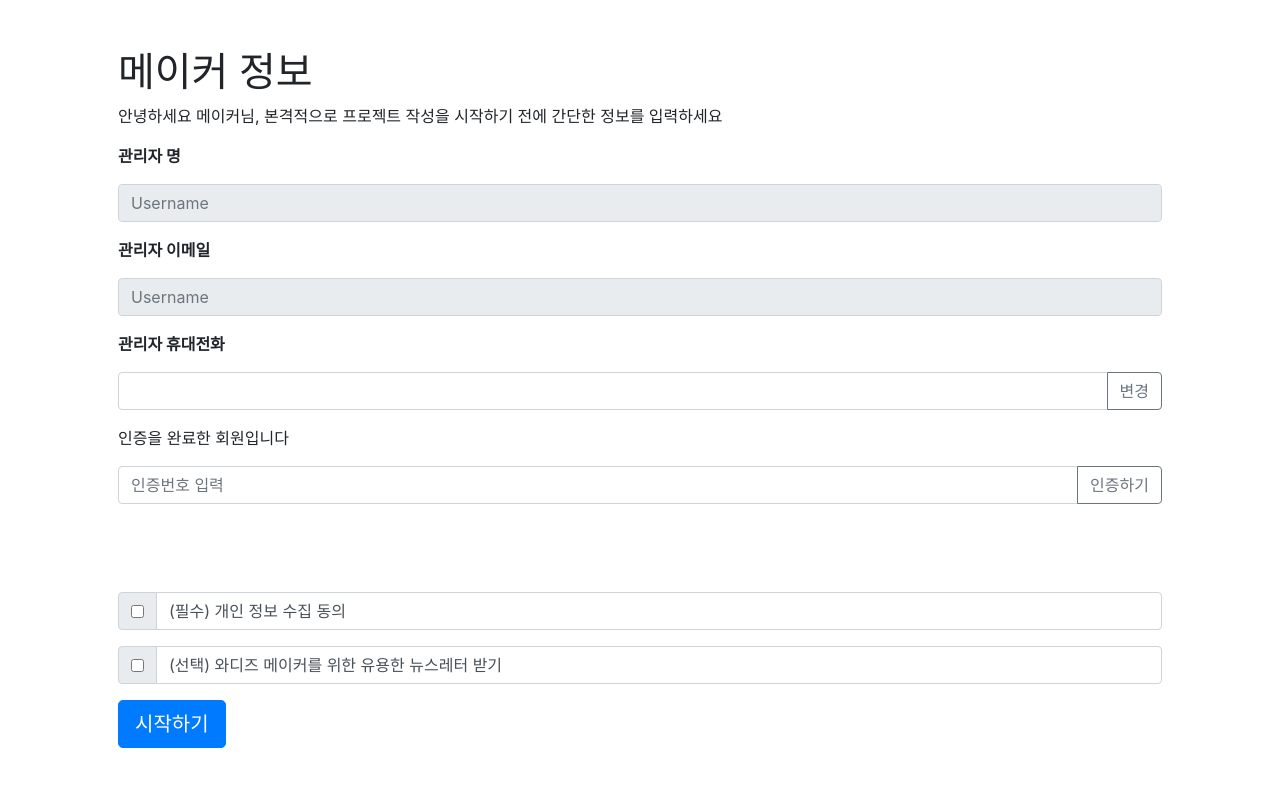
Repository: KIMJOOYEON97/springStudy
Page: http://localhost/interact_funding/WEB-INF/views/maker/fundingStart1.jsp
These files come from the project's save history. The page is drawn as it stood at one moment and after the next save; the edit follows.
The browser window is 1280 px wide. The pictures show the whole page.
The page is served by Tomcat 9. Nobody is signed in. Other server files are loaded and not shown. The template is opened directly, without the code that normally fills it, so the values that code supplies are empty.

Above is the page before, as saved 2021-06-07 06:33:46.

### interact_funding/src/main/webapp/WEB-INF/views/maker/fundingStart1.jsp
<%@ page language="java" contentType="text/html; charset=UTF-8"
    pageEncoding="UTF-8"%>
<%@ taglib prefix="c" uri="http://java.sun.com/jsp/jstl/core"%>
<%@ taglib prefix="fmt" uri="http://java.sun.com/jsp/jstl/fmt"%>
<%@ taglib prefix="fn" uri="http://java.sun.com/jsp/jstl/functions"%>
<!DOCTYPE html>
<html lang="en">
<head>
    <meta charset="UTF-8">
    <meta http-equiv="X-UA-Compatible" content="IE=edge">
    <meta name="viewport" content="width=device-width, initial-scale=1.0">
    <title>Start1 | IF Maker Studio</title>
    <link rel="stylesheet" href="https://maxcdn.bootstrapcdn.com/bootstrap/4.0.0/css/bootstrap.min.css" integrity="sha384-Gn5384xqQ1aoWXA+058RXPxPg6fy4IWvTNh0E263XmFcJlSAwiGgFAW/dAiS6JXm" crossorigin="anonymous">
</head>
<body>
    <section>
    <form action="">
        <div class ="container p-5">
            <h1>메이커 정보</h1>
            <p>안녕하세요 메이커님, 본격적으로 프로젝트 작성을 시작하기 전에 간단한 정보를 입력하세요</p>

            <p class="font-weight-bold">관리자 명</p>
            <div class="input-group mb-3">
                  <!-- 회원정보를 받아와서 value에 회원의 이름을 넣을 것 -->
                <input type="text" name="userInfo" id ="makerName" class="form-control" placeholder="Username" aria-label="Username" aria-describedby="basic-addon1" readonly>
            </div>

            <p class="font-weight-bold">관리자 이메일</p>
            <div class="input-group mb-3">
                <!-- 회원정보를 받아와서 value에 회원의 이메일을 넣을 것 -->
              <input type="text" name="userInfo" id="makerEmail" class="form-control" placeholder="Username" aria-label="Username" aria-describedby="basic-addon1" readonly>
            </div>

            <p class="font-weight-bold">관리자 휴대전화</p>
            <!-- 인증을 완료했을 경우 -->
            <div class="input-group mb-3">
                <!-- 회원정보를 받아와서 value에 휴대전화 번호를 넣을 것 -->
                <input type="text" name="userInfo" id="makerPhoneNum" class="form-control" aria-label="Recipient's username" aria-describedby="button-addon2">
                <div class="input-group-append">
                    <!-- 변경을 클릭하면 인증하기로 바뀔 것 | 인증하기를 클릭하면 재전송으로 바뀔것 -->
                    <button class="btn btn-outline-secondary" type="button" id="button-addon2">변경</button>
                </div>
            </div>
            <p class="font-weight-normal">인증을 완료한 회원입니다</p>


            <!-- 인증하기를 클릭해서 인증할 경우 -->
            <div class="input-group mb-3">
                <input type="text" class="form-control" placeholder="인증번호 입력" aria-label="Recipient's username" aria-describedby="basic-addon2">
                <div class="input-group-append">
                  <button class="btn btn-outline-secondary" type="button">인증하기</button>
                </div>
            </div>


            <br><br><br>
            <div class="input-group mb-3">
                <div class="input-group-prepend">
                    <div class="input-group-text">
                        <input type="checkbox" value aria-label="Checkbox for following text input">
                    </div>
                </div>
                <label type="text" class="form-control" aria-label="Text input with checkbox">(필수) 개인 정보 수집 동의
            </div>
            <div class="input-group mb-3">
                <div class="input-group-prepend ">
                    <div class="input-group-text ">
                        <input type="checkbox"  aria-label="Checkbox for following text input">
                    </div>
                </div>
                <label type="text" class="form-control" aria-label="Text input with checkbox" >(선택) 와디즈 메이커를 위한 유용한 뉴스레터 받기
            </div>
            <button type="button" class="btn btn-primary btn-lg">시작하기</button>
        </div>
    </form>
    </section>
</body>
</html>

After the next save:
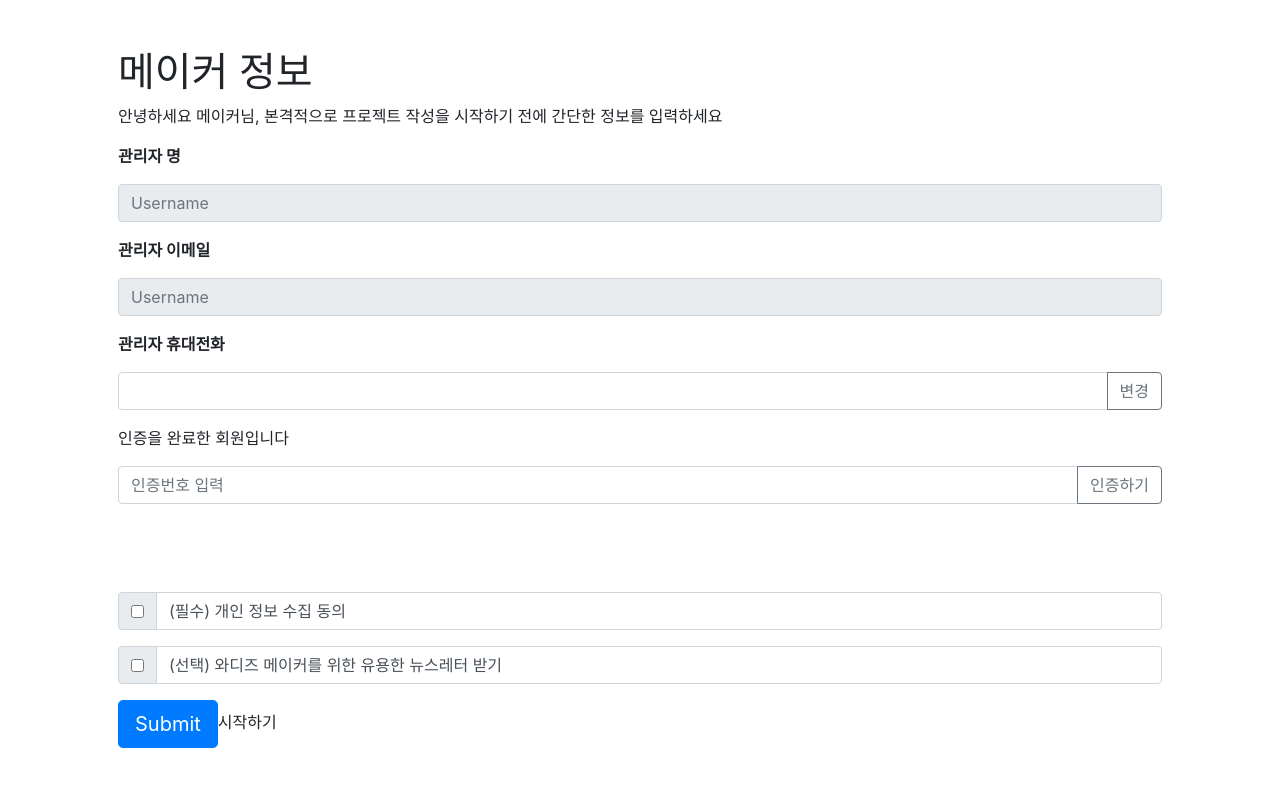
Saved 33 s later.
--- a/interact_funding/src/main/webapp/WEB-INF/views/maker/fundingStart1.jsp
+++ b/interact_funding/src/main/webapp/WEB-INF/views/maker/fundingStart1.jsp
@@ -70,7 +70,7 @@
                 </div>
                 <label type="text" class="form-control" aria-label="Text input with checkbox" >(선택) 와디즈 메이커를 위한 유용한 뉴스레터 받기
             </div>
-            <button type="button" class="btn btn-primary btn-lg">시작하기</button>
+            <input type="submit" class="btn btn-primary btn-lg">시작하기</button>
         </div>
     </form>
     </section>
